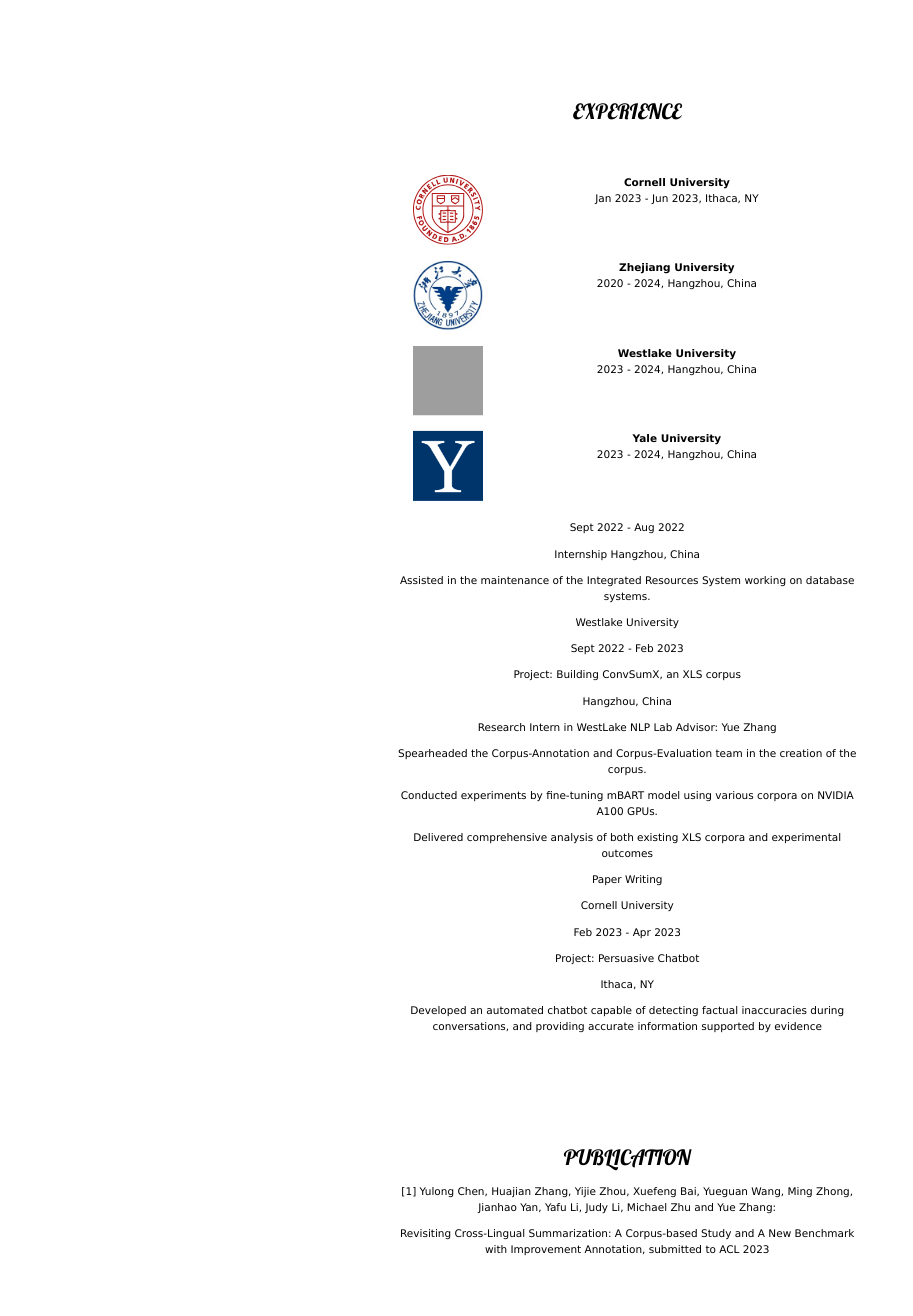
Repository: Ej-zhou/ej-zhou.github.io
Page: index.html
These files come from the project's save history. The page is drawn as it stood at one moment and after the next save; the edit follows.
The browser window is 1280 px wide. The page is 1304 px wide, so the pictures cover 1304 px, including what lies to the right of the window. The pictures show the part of the page from y = 1821 to 3701 px (the page is 6783 px tall before and 6943 px after), at 70% of full size.
Pictures or frames that could not be fetched are drawn as grey boxes. Some web fonts or font styles are not loaded; a fallback is used.

Above is the page before, as saved 2023-08-12 16:47:16.

After the next save:
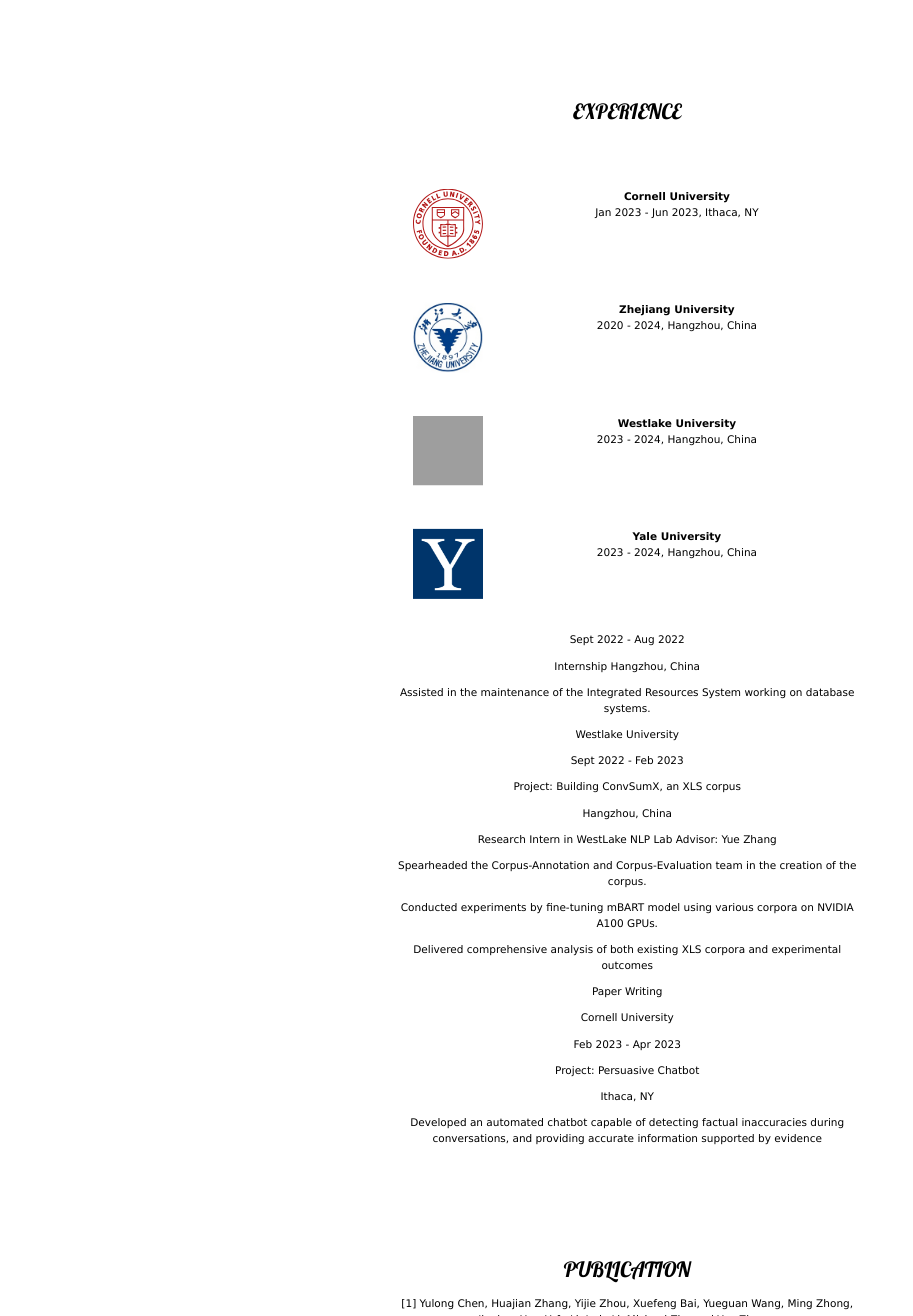
Saved 18 s later.
--- a/index.html
+++ b/index.html
@@ -421,7 +421,7 @@
 
 <div class="w3-container w3-padding-64 w3-center">
     <h2>EXPERIENCE</h2>
-    <table width="100%" align="center" border="0" cellpadding="10">
+    <table width="100%" align="center" border="0" cellpadding="30">
         <tbody>
             <tr>
                 <td style="padding-left:20px;padding-right:20px;width:20%;vertical-align:middle;text-align:center;">
